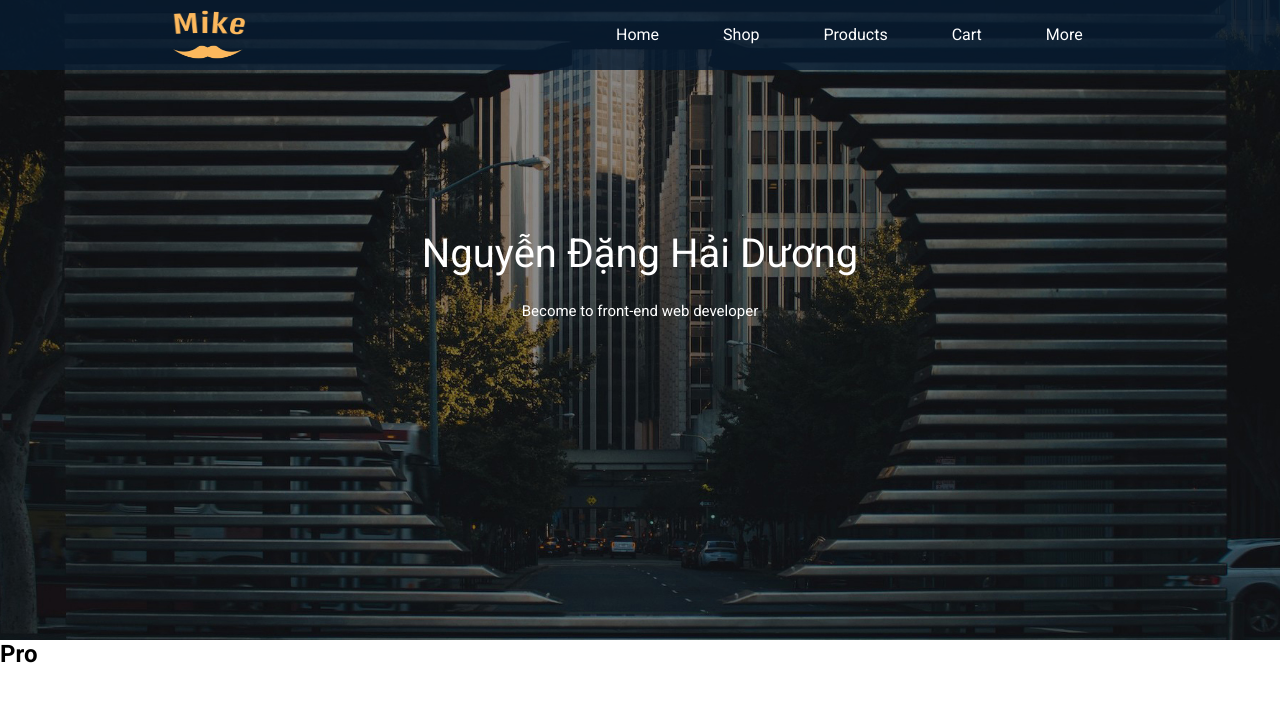
Repository: haiduong7499/Personal-Profile
Page: index.html
The author's editor kept a copy of each file at every save. The page is drawn from the files as they stood at one save, then again after the next save.
The browser window is 1280 px wide. The pictures show the whole page.

Above is the page before, as saved 2021-02-28 14:42:51.

After the next save:
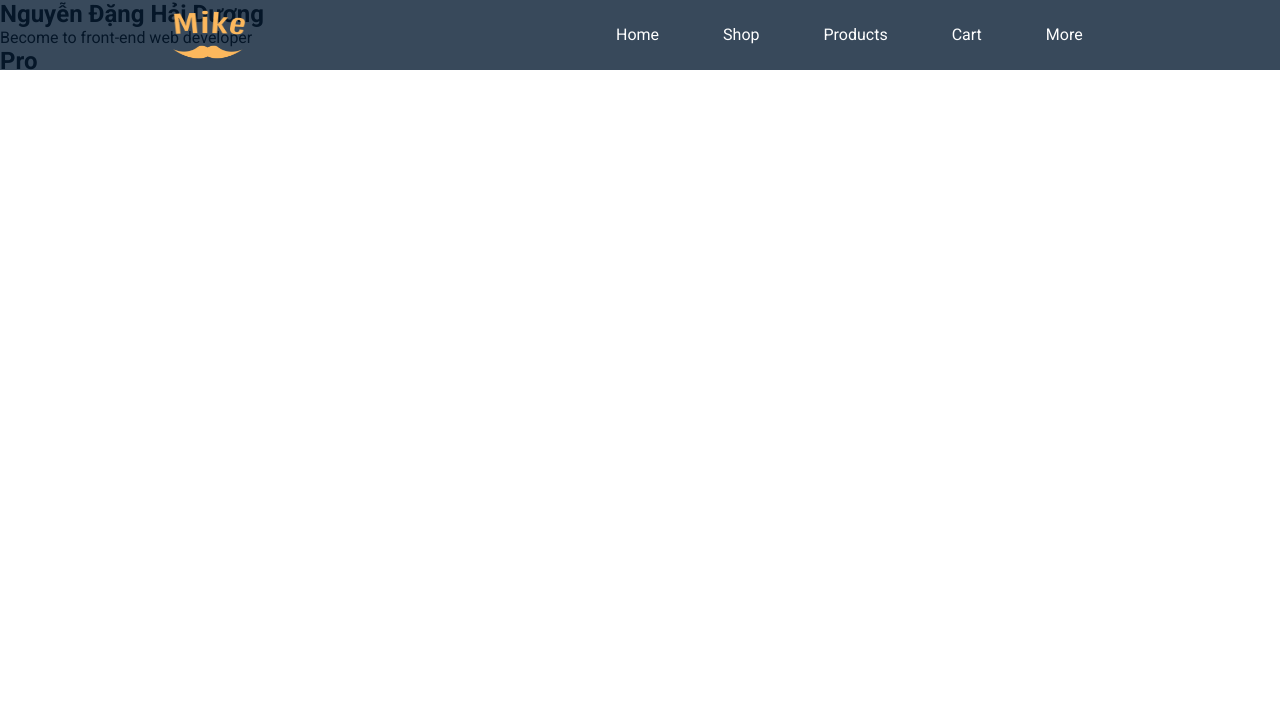
Console error: ReferenceError: banner is not defined
Saved 1 s later.
--- a/index.html
+++ b/index.html
@@ -24,7 +24,7 @@
             </ul>
     </div>
 
-    <div id="banner">
+    <div id="parallax">
         <div class="content-container">
             <h2 class="content-heading">Nguyễn Đặng Hải Dương</h2>
             <p class="content-text">Become to front-end web developer</p>

After the save that followed:
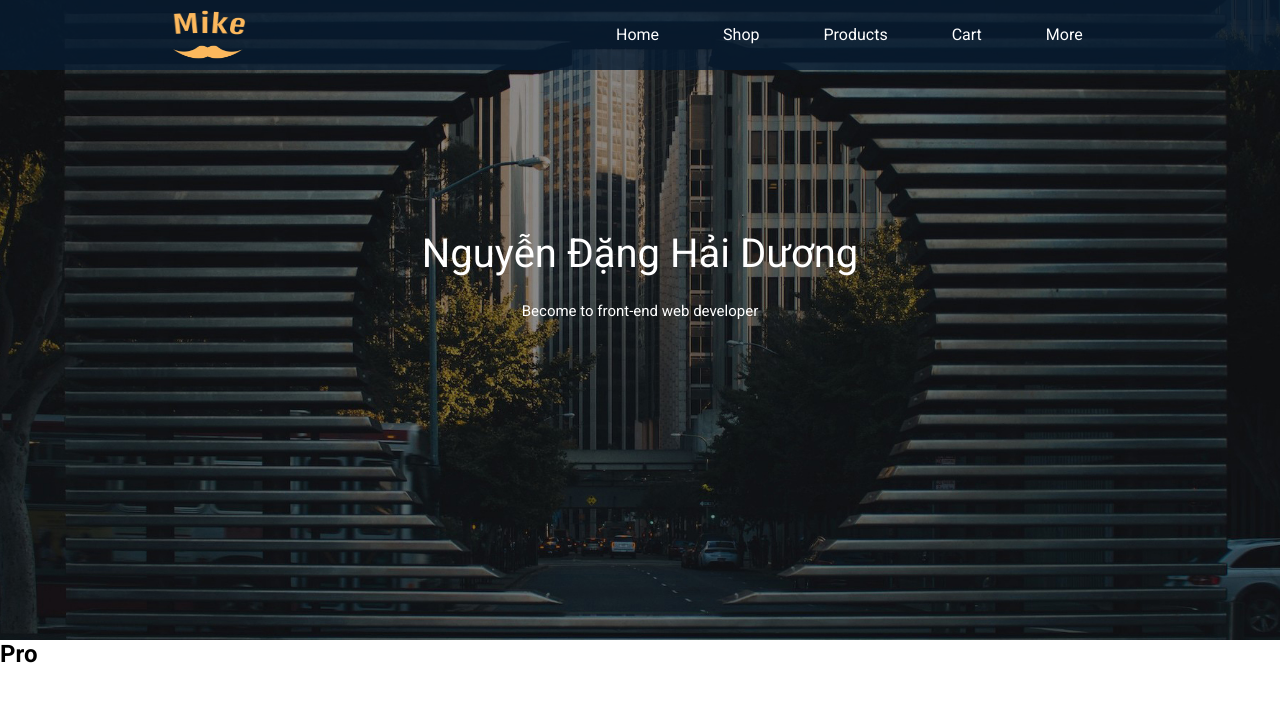
Saved 2 s later.
--- a/style/style.css
+++ b/style/style.css
@@ -41,26 +41,26 @@
     color: #fcb85d;
 }
 
-#banner{
+#parallax{
     position: relative;
     padding-top:50%;
     background-attachment: fixed;
     background: url(../asset/home-parallax.jpg) top / cover no-repeat;
 }
-#banner .content-container{
+#parallax .content-container{
     position: absolute;
     bottom: 50%;
     width: 100%;
     text-align: center;
     color: #fff;
 }
-#banner .content-heading{
+#parallax .content-heading{
     margin-bottom: 25px;
     font-weight: 500;
     font-size: 40px;
 }
 
-#banner .content-text{
+#parallax .content-text{
     font-size: 15px;
 }
 
